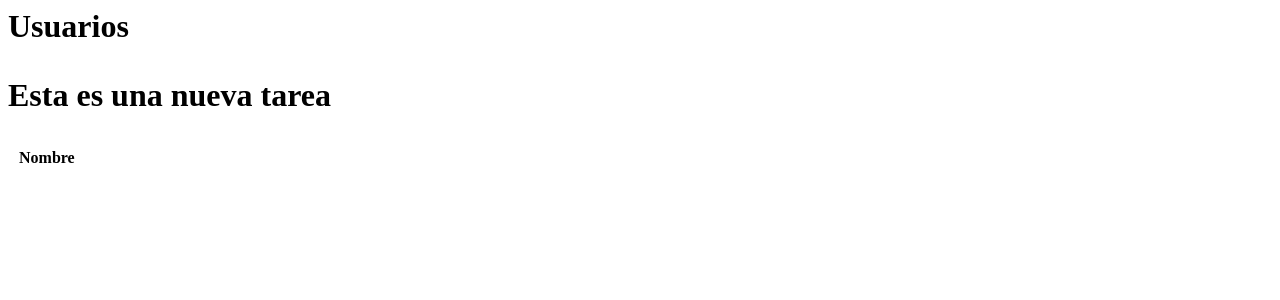
Repository: jhonatan810/waAdministradirdeTareas
Page: AdministradordeTareas/WebContent/paginas/usuarios.html
An editor plug-in stored every save of this project. The page is shown before and after the next save, followed by the edit.
The browser window is 1280 px wide. The pictures show the whole page.

Above is the page before, as saved 2016-11-18 21:36:50.

### AdministradordeTareas/WebContent/paginas/usuarios.html
<h1>Usuarios<h1>
<p>Esta es una nueva tarea</p>


<div class="table.responsive">

	<table class="table table-hover">
		<thead>
			<tr>
				<th class="col-md-2"></th>
				<th class="col-md-1"></th>
				<th class="col-md-9">
					Nombre
				</th>
			</tr>
		</thead>
		<tbody>
			<tr>
				<td>
					<a href="#">
						<span class="glyphicon glyphicon-remove"></span>
					</a>
					<a href="#">
						<span class="glyphicon glyphicon-remove"></span>
					</a>
				</td>

			</tr>
		</tbody>
	</table>


</div>

After the next save:
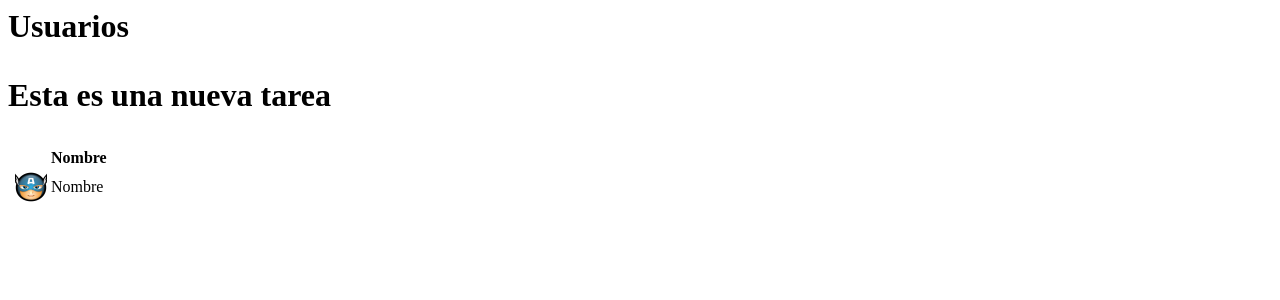
Saved 45 s later.
--- a/AdministradordeTareas/WebContent/paginas/usuarios.html
+++ b/AdministradordeTareas/WebContent/paginas/usuarios.html
@@ -24,7 +24,12 @@
 						<span class="glyphicon glyphicon-remove"></span>
 					</a>
 				</td>
-
+				<td>
+					<img src="imagenes/capitan32x32.png" alt="">
+				</td>
+				<td>
+					Nombre
+				</td>
 			</tr>
 		</tbody>
 	</table>
